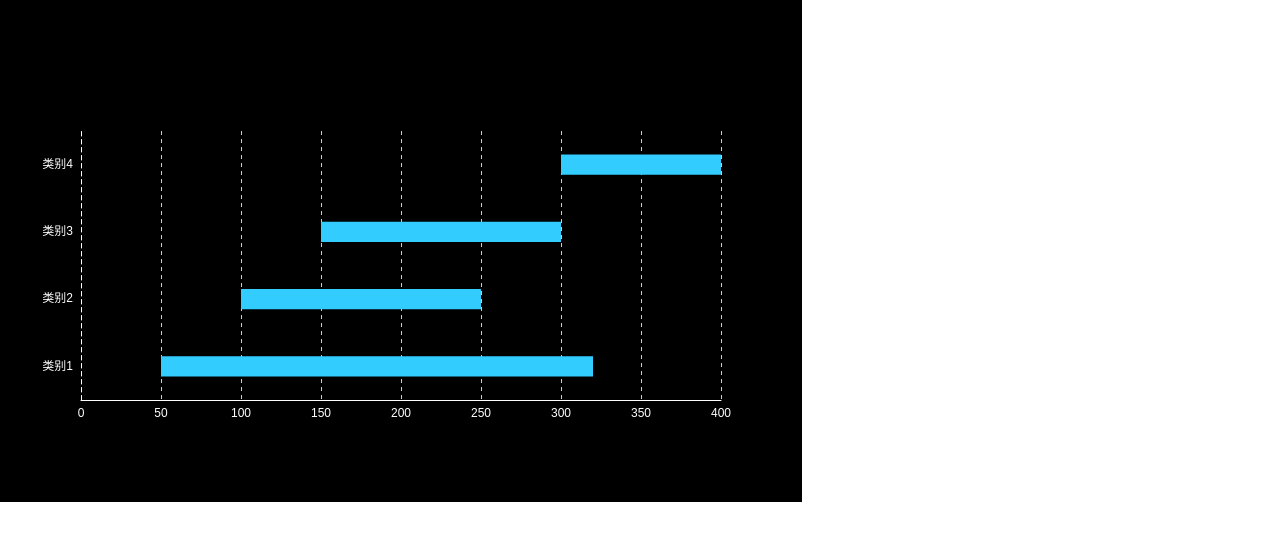
Repository: 572031690/echartproj
Page: /#/test
An editor plug-in stored every save of this project. The page is shown before and after the next save, followed by the edit.
The browser window is 1280 px wide. The pictures show the whole page.
The project was rebuilt for these pictures with package versions that can differ from the ones it lists, and the page was loaded fresh each time. Also part of the build but not shown: vue.config.js, src/components/Seller.vue, src/views/SellerPage.vue, src/utils/theme_utils.js, src/components/Trend.vue, src/views/TrendPage.vue, src/utils/map_utils.js, src/components/Map.vue and 9 more.

Above is the page before, as saved 2021-08-05 10:32:37.

After the next save:
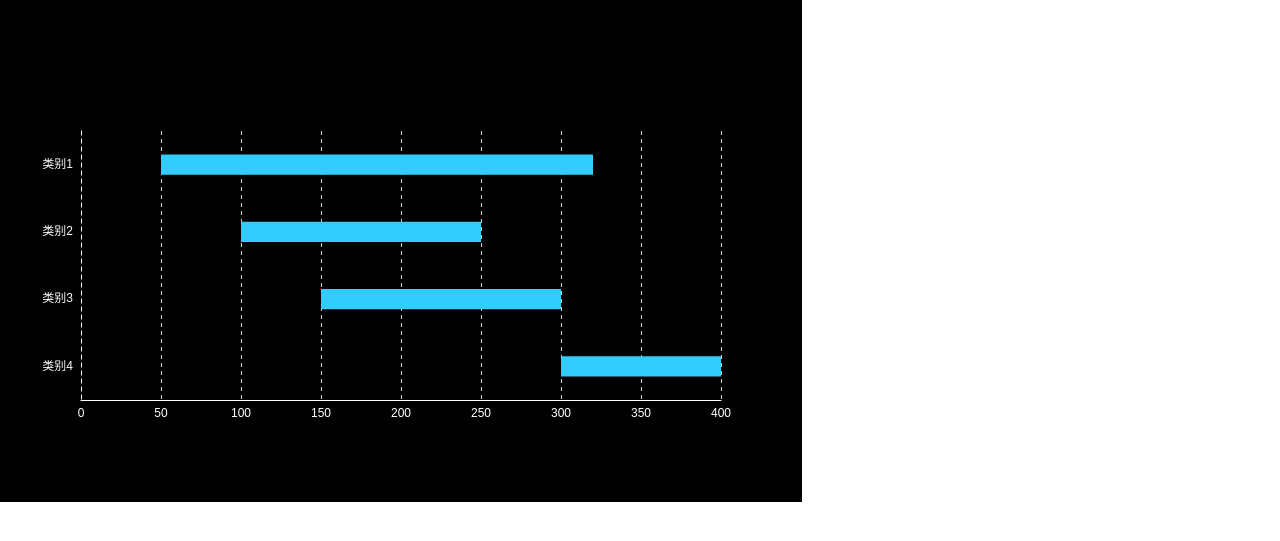
Saved 87 s later.
--- a/src/components/Test.vue
+++ b/src/components/Test.vue
@@ -39,6 +39,7 @@ export default {
           {
             type: "category",
             data: this.barChart.xAxisData,
+            inverse: true,
             // gridIndex: 0, // x 轴所在的 grid 的索引，默认位于第一个 grid。
             axisLabel: {
               color: "#fff" // 刻度标签文字的颜色
